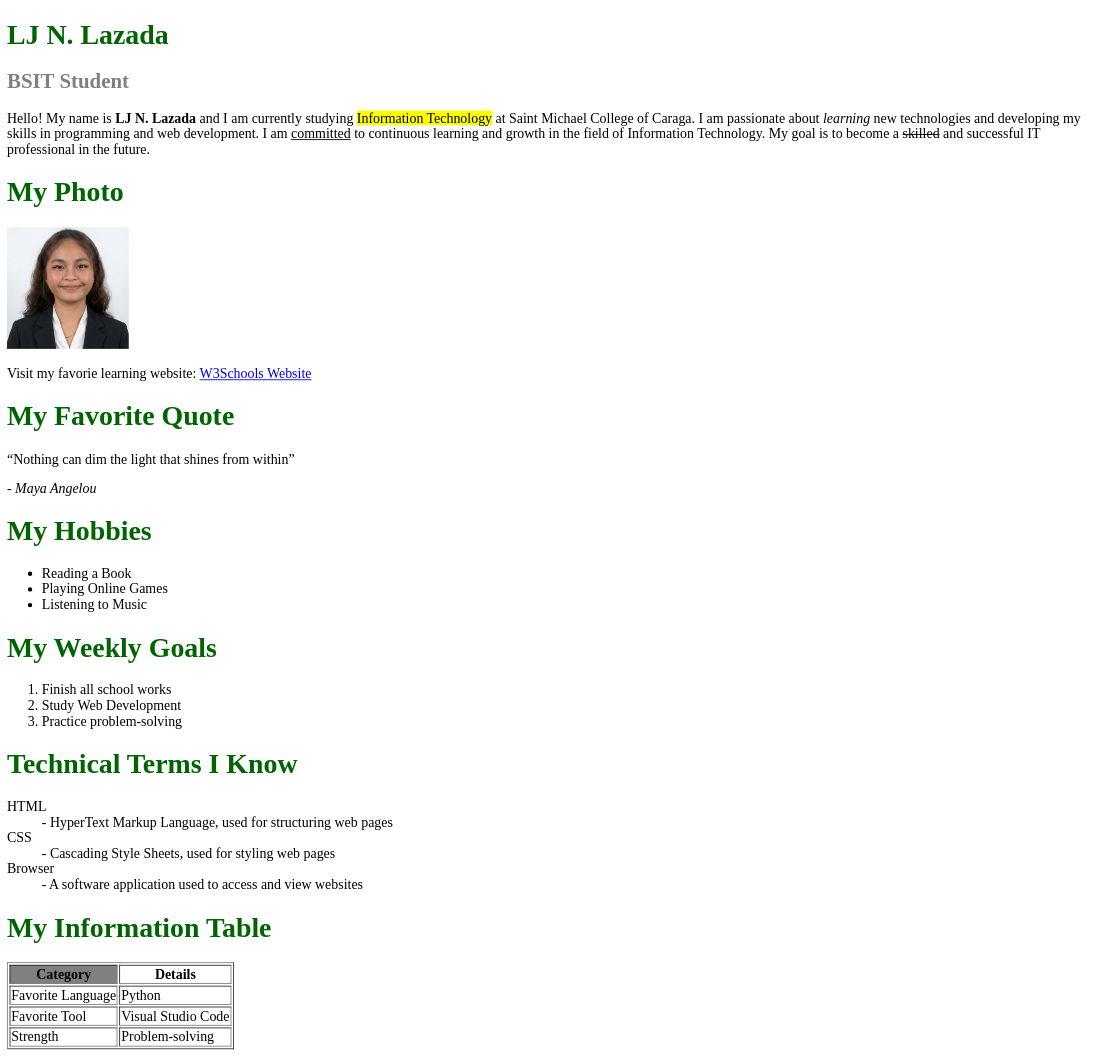
Repository: ljlazada11/myfirsthtml
Page: index.html
These files come from the project's save history. The page is drawn as it stood at one moment and after the next save; the edit follows.
The browser window is 1280 px wide. The pictures show the whole page, at 87% of full size.

Above is the page before, as saved 2026-06-24 20:50:12.

After the next save:
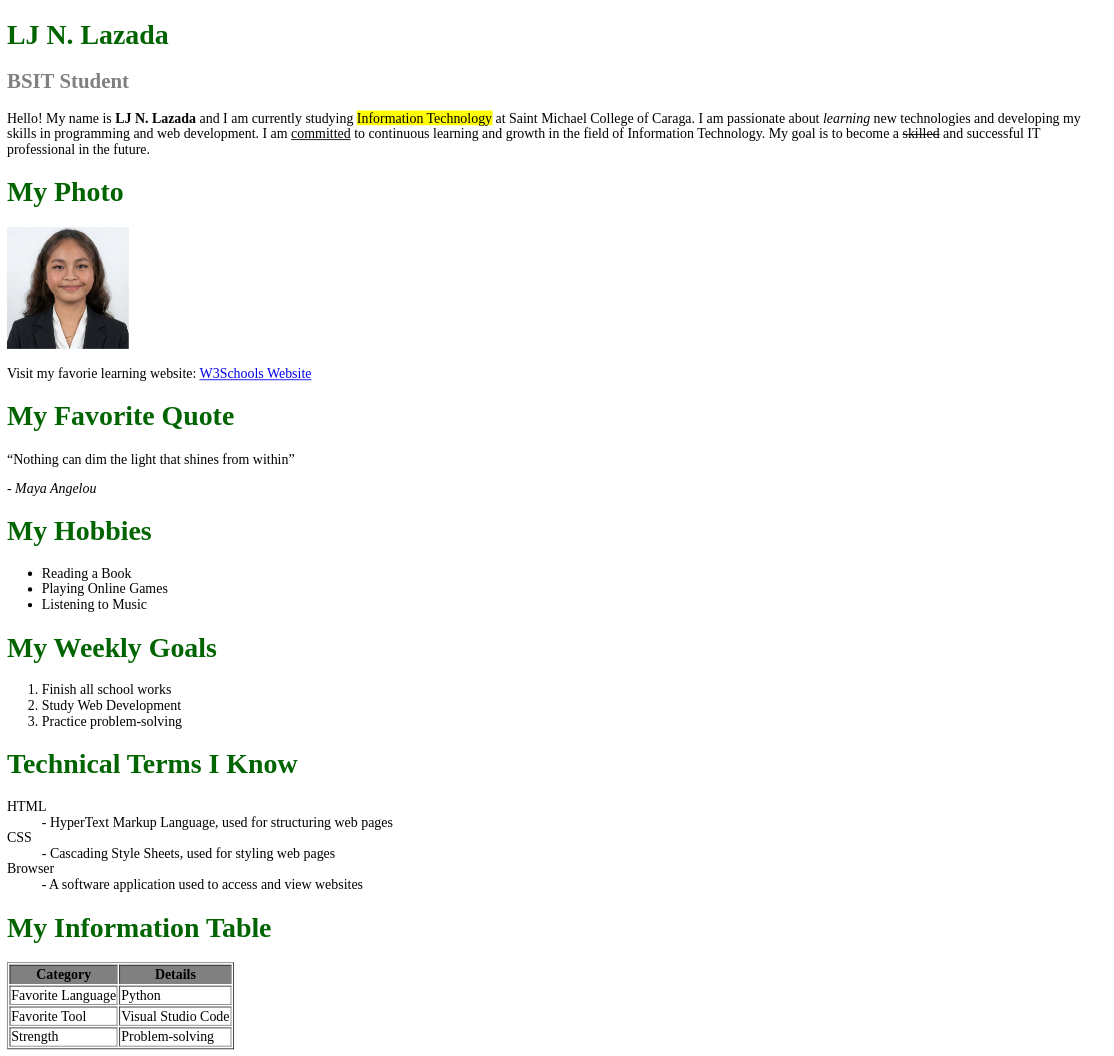
Saved 18 s later.
--- a/index.html
+++ b/index.html
@@ -49,7 +49,7 @@
 <table border="1">
     <tr>
         <th style="background-color:gray;">Category</th>
-        <th>Details</th>
+        <th style="background-color:gray;">Details</th>
     </tr>
     <tr>
         <td>Favorite Language</td>
